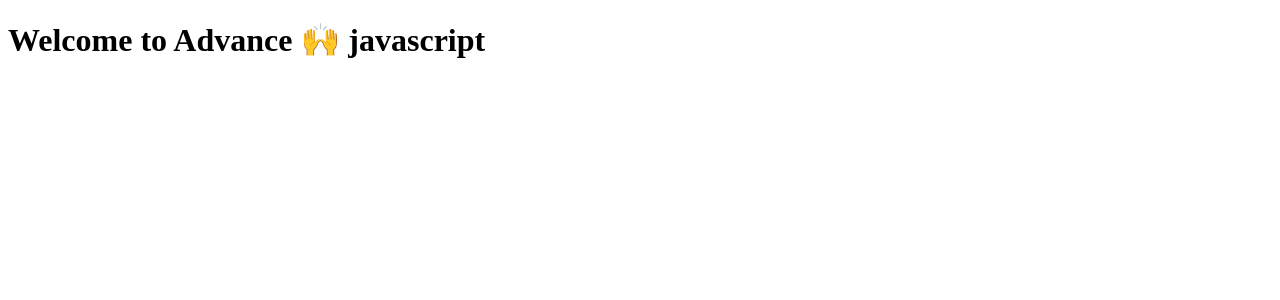
Repository: Gulzarokz/Advance_javascript
Page: index.html
These files come from the project's save history. The page is drawn as it stood at one moment and after the next save; the edit follows.
The browser window is 1280 px wide. The pictures show the whole page.

Above is the page before, as saved 2026-01-01 22:32:03.

### index.html
<!DOCTYPE html>
<html lang="en">

<head>
    <meta charset="UTF-8">
    <meta name="viewport" content="width=device-width, initial-scale=1.0">
    <title>Advance 🙌 javascript</title>
</head>

<body>
    <h1>Welcome to Advance 🙌 javascript</h1>

    <script src="./index.js"></script>
</body>

</html>

### index.js
// This is the main JavaScript file for the Advance 🙌 javascript project
//var, let and const
//two versions of javascript
//ES5 - 2009
//ES6 old var, let - 2015 new version const and let

// we will used both version of es6 and es5
// es5 - var
// es6 - let and const
// difference between var, let and const
// 1. var is function scoped
// var add self into window object
// function testVar() {
//     for (var i = 0; i < 5; i++) {
//         console.log(i);
//     }
//     console.log(i);

// }
// testVar();
//    let are  block scoped
// let con't add self into window object
// function testLet() {
//     for (let i = 0; i < 5; i++) {
//         console.log(i);
//     }
//     console.log(i);

// }
// testLet();
// 2. var can be re-declared and updated
//    let can be updated but not re-declared
//    const can neither be updated nor re-declared
//

// practical of var, let and const

// var a = 10;
// var a = 20; // re-declared
// a = 30; // updated
// console.log("var a:", a); // 30
// scopping difference
// if (1 == 1) {
//     var x = 10; // function scoped
// }
// console.log(x);

// let
// let b = 10;
// let b = 15; // re-declared error
// b = 20; // updated
// console.log(b);
// if (1 == 1) {
//     let x = 10; // function scoped
//     console.log(x);

// }
// console.log(x);

// const  cannot be updated or re-declared
// const c = 10;
// const c = 20;
// c = 30;
// console.log(c);

// if (1 == 1) {
//     const  x = 10; // function scoped
//     console.log(x);

// }
// console.log(x);
// ====================================================================
// Templete Literals
// ======================================

// var user = "John";
// var greeting = "Hello " + user; before es6 and template literals
// var greeting = `Hello ${user}; welcome to template literals`
// console.log(greeting);

// used in function
// var fName = "John";
// var lName = "Doe";
// function fullName(fName, lName) {
//     return `Your full name is ${fName} ${lName}`;
// }

// let result = fullName(fName, lName);
// console.log(result);

//  ====================================================================
// Arrow Functions
// ======================================
//  funcation add(a, b) { normal function
//         return a + b;
//  }
//  add(5, 10); // 15

// let add = function(a, b){ // function expression
//     return a + b;
// }
// add(5, 10); // 15
//  arrow function
// let add = (a, b) => {
//     return a + b;
// }
// let result = add(5, 10); // 15
// console.log(result);

//  ====================================================================
// Rest operator
// ======================================

// let sum = (name, ...args) => {

//     console.log(`Hello ${name}`);
//     let sum = 0;
//     for (let i in args) {
//         sum += args[i];
//     }
//     return sum;
// }
// console.log(sum("John", 1, 2, 3, 4, 5)); // 15

//  ====================================================================
// var , let , const
// ======================================

// var a = "I am var";
// var a = "Hello " can be re-declared
// a = "world"       can be re-assign
// console.log(a);

// const
// const a = "I am const";
// // var a = "Hello " cannot be re-declared
// // a = "world"      cannot be re-assign
// console.log(a);
// // a = "world"
// console.log(a);

// let

// let a = "i am let";
// let a = "world";  cannot be re-declared
// a = "hello";      // can be re-assign
// a = "hello";
// console.log(a);

// if (1 == 1) {
//     var a = "hello"
//     console.log(a);

// }
// console.log(a);

// if (1 == 1) {
//     let a = "hello"
//     console.log(a);

// }
// console.log(a);


// if (1 == 1) {
//     const a = "hello"
//     console.log(a);

// }
// console.log(a);

// templet staring and templet literals

// let user = "gulzar khan";
// let marks = 550;
// // console.log("Hello" +  user);
// // console.log(`Hello ${user}, welcome to templet literals`);
// console.log(`Hello ${user}, your marks is = ${marks}`);

// let fName = "Gulzar";
// let lName = "Khan";

// function fullName(fName, lName) {
//     return `your fullName is ${fName} ${lName}`;
// }

// let result = fullName(fName, lName);
// console.log(result);

// rest operator

function sum() {
    let sum = 0;

    for (let i in arguments) {
        sum += arguments[i]
    }
    console.log(sum);

}

sum(23, 21, 34)
sum(23, 21)

After the next save:
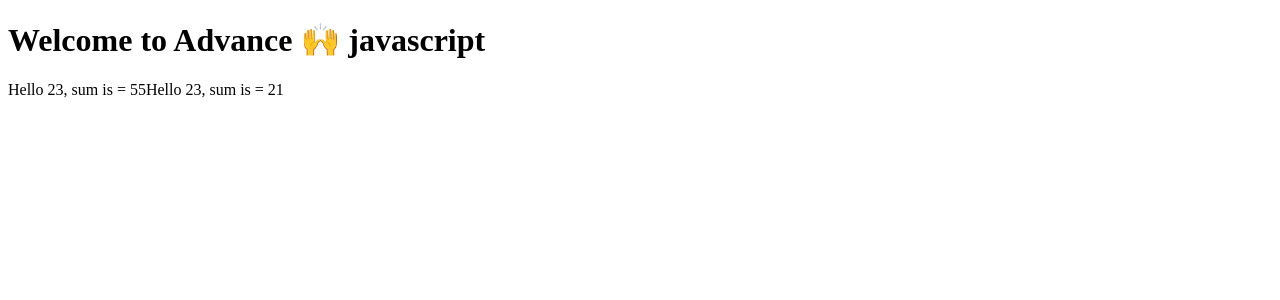
Saved 3 min 47 s later.
--- a/index.js
+++ b/index.js
@@ -189,13 +189,14 @@
 
 // rest operator
 
-function sum() {
+function sum(name, ...arguments) {
     let sum = 0;
 
     for (let i in arguments) {
         sum += arguments[i]
     }
     console.log(sum);
+    document.write(`Hello ${name}, sum is = ${sum}`);
 
 }
 

After the save that followed:
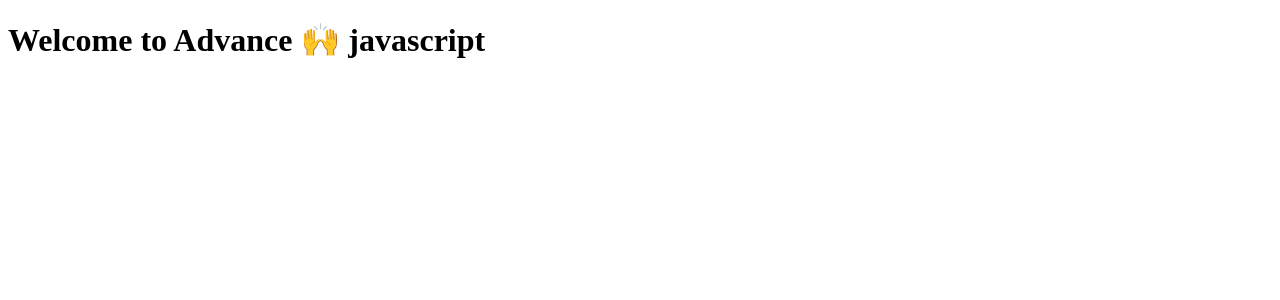
Saved 50 s later.
--- a/index.js
+++ b/index.js
@@ -196,9 +196,10 @@
         sum += arguments[i]
     }
     console.log(sum);
-    document.write(`Hello ${name}, sum is = ${sum}`);
+    console.log(`Hello ${name}, sum is = ${sum}`);
+
 
 }
 
-sum(23, 21, 34)
-sum(23, 21)
+sum("John", 23, 21, 34)
+sum("John", 23, 21)
